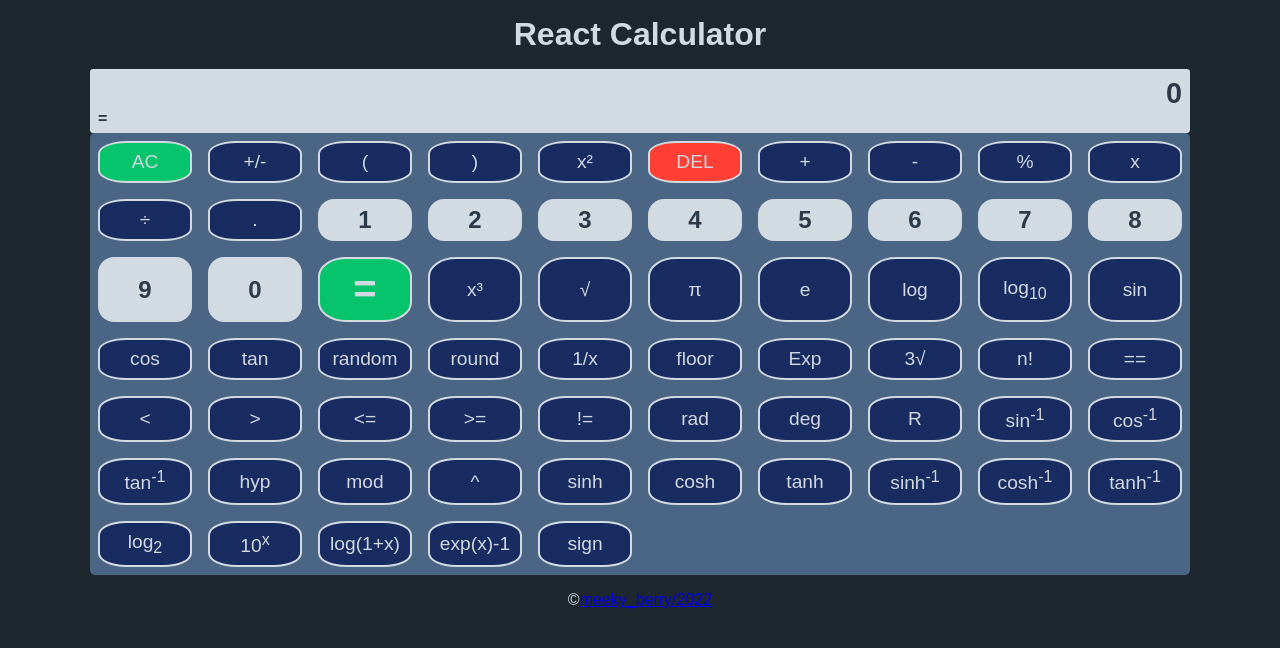
Repository: MikkyPrestige/calculator
Page: /
An editor plug-in stored every save of this project. The page is shown before and after the next save, followed by the edit.
The browser window is 1280 px wide. The pictures show the whole page.
The project was rebuilt for these pictures with package versions that can differ from the ones it lists, and the page was loaded fresh each time.

Above is the page before, as saved 2022-11-17 21:33:09.

### src/index.css
* {
 margin: 0;
 padding: 0;
 box-sizing: border-box;
}

body {
 font-family: 'Poppins', sans-serif;
 background: #1e272e;
}

.heading {
  color: #d2dae2;
  text-align: center;
  margin: 1rem;
}

.app-container {
 width: 100%;
 max-width: 1100px;
 margin: 1rem auto;
}

.display {
 background-color: #d2dae2;
 color: #2C3A47;
 height: 4rem;
 font-size: 1.8rem;
 font-weight: 700;
 display: flex;
 flex-direction: column;
 padding: .5rem;
 border-radius: .2rem;
}

.display-calc {
 display: flex;
 justify-content: flex-end;
 align-items: center;
}

.display-result {
 display: flex;
 justify-content: flex-start;
 align-items: center;
 font-size: 1rem;
 font-weight: 700;
}

.operators {
 display: grid;
 grid-template-columns: repeat(10, 1fr);
 grid-gap: 1rem;
 background-color: #4b6584;
 padding: .5rem;
 border-radius: .3rem;
}

.operator {
 background-color: #182C61;
 color: #d1d8e0;
 font-size: 1.2rem;
 font-weight: 400;
 padding: .5rem;
 border: none;
 cursor: pointer;
 border-radius: 30%;
 border: 2px solid #d2dae2;
}

.operator:hover {
 background-color: #273c75;
}

.operator:active {
 background-color: #485460;
}

.digit {
  font-size: 1.5rem;
  font-weight: 700;
  color: #2C3A47;
  cursor: pointer;
  background-color: #d2dae2;
  border: none;
  border-radius: 1rem;
  text-align: center;
}

.digit:hover {
  background-color: #808e9b;
}

.digit:active {
  background-color: #485460;
}

.clear {
 background-color: #05c46b;
  grid-column: 1 / 2;
  grid-row: 1 / 2;
}

.delete {
 background-color: #ff3f34;
}

.equalTo {
 /* grid-row: 6 / span 2; */
 /* grid-column: 6; */
 background-color: #05c46b;
 font-size: 2.5rem;
 font-weight: 700;
}

.cube {
 /* grid-row: 3; */
}

.sqrt {
 /* grid-row: 4; */
}

.exponent {
 /* grid-row: 5; */
}

.pie {
 /* grid-row: 5; */
}

.log {
 /* grid-row: 3; */
}

.logTen {
 /* grid-row: 4; */
}

.sin {
 /* grid-row: 3; */
}

.tan {
 /* grid-row: 4; */
}

.cos  {
 /* grid-row: 5; */
}

.zero {
 /* grid-row: 6; */
 /* grid-column: 5; */
}

.attribution {
  color: #d2dae2;
  text-align: center;
}

### src/App.js
import React from 'react';
import { useState } from 'react';

function App() {
  // DECLARE A NEW STATE VARIABLE
  const [calc, setCalc] = useState("");
  const [result, setResult] = useState("");

  // OPERATORS VARIABLE IS AN ARRAY OF OPERATORS THAT WILL BE USED TO CHECK IF THE USER IS TRYING TO ENTER AN OPERATOR OR NOT
  const ops = ["+", "-", "*", "/", ".", "<", ">", "<=", ">=", "±", "%", "!="];

  // UPDATE CALC STATE VARIABLE WITH THE VALUE OF THE BUTTON THAT WAS CLICKED
  const updateCalc = value => {
    if (
      (ops.includes(value) && calc === "") || // IF THE VALUE IS AN OPERATOR AND THE CALC STATE VARIABLE IS EMPTY
      (ops.includes(value) && ops.includes(calc.slice(-1))) // IF THE VALUE IS AN OPERATOR AND THE LAST CHARACTER OF THE CALC STATE VARIABLE IS ALSO AN OPERATOR
    ) {
      return;
    }

    setCalc(calc + value);  // UPDATE THE CALC STATE VARIABLE WITH THE VALUE OF THE BUTTON THAT WAS CLICKED

    if (!ops.includes(value)) {  // IF THE VALUE IS NOT AN OPERATOR
      setResult(eval(calc + value).toString());   // EVALUATE THE CALC STATE VARIABLE AND UPDATE THE RESULT STATE VARIABLE
    }
  };

  // CREATE CLEAR FUNCTION
  const clear = () => {
    setCalc("");    // SET CALC STATE VARIABLE TO EMPTY
    setResult("");  // SET RESULT STATE VARIABLE TO EMPTY
  };

  // CREATE DELETE FUNCTION
  const del = () => {
    if (calc === "") {
      return;
    }
    const value = calc.slice(0, -1);  // REMOVE THE LAST CHARACTER OF THE CALC STATE VARIABLE
    setCalc(value);  // UPDATE THE CALC STATE VARIABLE
  };

  // CREATE EVALUATE FUNCTION
  const calculate = () => {
    setCalc(eval(calc).toString());  // EVALUATE THE CALC STATE VARIABLE AND UPDATE THE CALC STATE VARIABLE
    setResult("");  // SET RESULT STATE VARIABLE TO EMPTY
  };

  // CREATE PERCENTAGE FUNCTION
  const percentage = () => {
    if (calc === "") {
      return;
    }
    const value = parseFloat(calc);   // CONVERT THE CALC STATE VARIABLE TO A FLOAT
    if (value === 0) {
      return;
    }
    setCalc((value / 100).toString());  // DIVIDE THE CALC STATE VARIABLE BY 100 AND UPDATE THE CALC STATE VARIABLE
  };

  // CREATE POSITIVE/NEGATIVE FUNCTION
  const posNeg = () => {
    if (calc === "") {
      return;
    }
    const value = parseFloat(calc);
    if (value === 0) {
      return;
    }
    setCalc((value * -1).toString());  // MULTIPLY THE CALC STATE VARIABLE BY -1 AND UPDATE THE CALC STATE VARIABLE
  };

  // CREATE BRACKET FUNCTION
  const bracket = value => {
    if (calc === "" && value === "(" && ")") { // IF THE CALC STATE VARIABLE IS EMPTY AND THE VALUE IS "(" && ")"
      setCalc(calc + value);
      return;
    }
    setCalc(calc + value);  // UPDATE THE CALC STATE VARIABLE WITH THE VALUE OF THE BUTTON THAT WAS CLICKED
  };

  // CREATE SQUARE FUNCTION
  const square = () => {
    if (calc === "") {
      return;
    }
    const value = parseFloat(calc);
    if (value === 0) {
      return;
    }
    setCalc((value * value).toString());  // MULTIPLY THE CALC STATE VARIABLE BY ITSELF AND UPDATE THE CALC STATE VARIABLE
  };

  // CREATE A CUBE FUNCTION
  const cube = () => {
    if (calc === "") {
      return;
    }
    const value = parseFloat(calc);
    if (value === 0) {
      return;
    }
    setCalc((value * value * value).toString());  // MULTIPLY THE CALC STATE VARIABLE BY ITSELF THREE TIMES AND UPDATE THE CALC STATE VARIABLE
  };

  // CREATE SQUARE ROOT FUNCTION
  const squareRoot = () => {
    if (calc === "") {
      return;
    }
    const value = parseFloat(calc);
    if (value === 0) {
      return;
    }
    setCalc(Math.sqrt(value).toString());  // CALCULATE THE SQUARE ROOT OF THE CALC STATE VARIABLE AND UPDATE THE CALC STATE VARIABLE
  };

  // CREATE PI FUNCTION
  const pi = () => {
    if (calc === "") {
      return;
    }
    const value = parseFloat(calc);
    if (value === 0) {
      return;
    }
    setCalc((value * 3.141592653589793).toString());  // MULTIPLY THE CALC STATE VARIABLE BY PI AND UPDATE THE CALC STATE VARIABLE
  };

  // CREATE E FUNCTION
  const e = () => {
    if (calc === "") {
      return;
    }
    const value = parseFloat(calc);
    if (value === 0) {
      return;
    }
    setCalc((value * 2.718281828459045).toString());  // MULTIPLY THE CALC STATE VARIABLE BY E AND UPDATE THE CALC STATE VARIABLE
  };

  // CREATE LOG FUNCTION
  const log = () => {
    if (calc === "") {
      return;
    }
    const value = parseFloat(calc);
    if (value === 0) {
      return;
    }
    setCalc(Math.log(value).toString());  // CALCULATE THE LOGARITHM OF THE CALC STATE VARIABLE AND UPDATE THE CALC STATE VARIABLE
  };

  // CREATE BASE 10 LOG FUNCTION
  const log10 = () => {
    if (calc === "") {
      return;
    }
    const value = parseFloat(calc);
    if (value === 0) {
      return;
    }
    setCalc(Math.log10(value).toString());  // CALCULATE THE BASE 10 LOGARITHM OF THE CALC STATE VARIABLE AND UPDATE THE CALC STATE VARIABLE
  };

  // CREATE BASE 2 LOG FUNCTION
  const log2 = () => {
    if (calc === "") {
      return;
    }
    const value = parseFloat(calc);
    if (value === 0) {
      return;
    }
    setCalc(Math.log2(value).toString());  // CALCULATE THE BASE 2 LOGARITHM OF THE CALC STATE VARIABLE AND UPDATE THE CALC STATE VARIABLE
  };

  // CREATE LOG1P FUNCTION
  const log1p = () => {
    if (calc === "") {
      return;
    }
    const value = parseFloat(calc);
    if (value === 0) {
      return;
    }
    setCalc(Math.log1p(value).toString());  // CALCULATE THE LOGARITHM OF THE CALC STATE VARIABLE PLUS 1 AND UPDATE THE CALC STATE VARIABLE
  };

  // CREATE EXPONENTIAL -1 FUNCTION
  const expm1 = () => {
    if (calc === "") {
      return;
    }
    const value = parseFloat(calc);
    if (value === 0) {
      return;
    }
    setCalc(Math.expm1(value).toString());  // CALCULATE THE EXPONENTIAL OF THE CALC STATE VARIABLE MINUS 1 AND UPDATE THE CALC STATE VARIABLE
  };

  // CREATE SIGN FUNCTION
  const sign = () => {
    if (calc === "") {
      return;
    }
    const value = parseFloat(calc);
    if (value === 0) {
      return;
    }
    setCalc(Math.sign(value).toString());  // CALCULATE THE SIGN OF THE CALC STATE VARIABLE AND UPDATE THE CALC STATE VARIABLE
  };

  // CREATE RAISE TO POWER 10 FUNCTION
  const pow10 = () => {
    if (calc === "") {
      return;
    }
    const value = parseFloat(calc);
    if (value === 0) {
      return;
    }
    setCalc(Math.pow(10, value).toString());  // RAISE 10 TO THE POWER OF THE CALC STATE VARIABLE AND UPDATE THE CALC STATE VARIABLE
  };

  // CREATE SIN FUNCTION
  const sin = () => {
    if (calc === "") {
      return;
    }
    const value = parseFloat(calc);
    if (value === 0) {
      return;
    }
    setCalc(Math.sin(value).toString());  // CALCULATE THE SINE OF THE CALC STATE VARIABLE AND UPDATE THE CALC STATE VARIABLE
  };

  // CREATE COS FUNCTION
  const cos = () => {
    if (calc === "") {
      return;
    }
    const value = parseFloat(calc);
    if (value === 0) {
      return;
    }
    setCalc(Math.cos(value).toString());  // CALCULATE THE COSINE OF THE CALC STATE VARIABLE AND UPDATE THE CALC STATE VARIABLE
  };

  // CREATE TAN FUNCTION
  const tan = () => {
    if (calc === "") {
      return;
    }
    const value = parseFloat(calc);
    if (value === 0) {
      return;
    }
    setCalc(Math.tan(value).toString());  // CALCULATE THE TANGENT OF THE CALC STATE VARIABLE AND UPDATE THE CALC STATE VARIABLE
  };

  // CREATE INVERSE SIN FUNCTION
  const asin = () => {
    if (calc === "") {
      return;
    }
    const value = parseFloat(calc);
    if (value === 0) {
      return;
    }
    setCalc(Math.asin(value).toString());  // CALCULATE THE INVERSE SINE OF THE CALC STATE VARIABLE AND UPDATE THE CALC STATE VARIABLE
  };

  // CREATE INVERSE COS FUNCTION
  const acos = () => {
    if (calc === "") {
      return;
    }
    const value = parseFloat(calc);
    if (value === 0) {
      return;
    }
    setCalc(Math.acos(value).toString());  // CALCULATE THE INVERSE COSINE OF THE CALC STATE VARIABLE AND UPDATE THE CALC STATE VARIABLE
  };

  // CREATE INVERSE TAN FUNCTION
  const atan = () => {
    if (calc === "") {
      return;
    }
    const value = parseFloat(calc);
    if (value === 0) {
      return;
    }
    setCalc(Math.atan(value).toString());  // CALCULATE THE INVERSE TANGENT OF THE CALC STATE VARIABLE AND UPDATE THE CALC STATE VARIABLE
  };

  // CREATE SINH FUNCTION
  const sinh = () => {
    if (calc === "") {
      return;
    }
    const value = parseFloat(calc);
    if (value === 0) {
      return;
    }
    setCalc(Math.sinh(value).toString());  // CALCULATE THE HYPERBOLIC SINE OF THE CALC STATE VARIABLE AND UPDATE THE CALC STATE VARIABLE
  };

  // CREATE COSH FUNCTION
  const cosh = () => {
    if (calc === "") {
      return;
    }
    const value = parseFloat(calc);
    if (value === 0) {
      return;
    }
    setCalc(Math.cosh(value).toString());  // CALCULATE THE HYPERBOLIC COSINE OF THE CALC STATE VARIABLE AND UPDATE THE CALC STATE VARIABLE
  };

  // CREATE TANH FUNCTION
  const tanh = () => {
    if (calc === "") {
      return;
    }
    const value = parseFloat(calc);
    if (value === 0) {
      return;
    }
    setCalc(Math.tanh(value).toString());  // CALCULATE THE HYPERBOLIC TANGENT OF THE CALC STATE VARIABLE AND UPDATE THE CALC STATE VARIABLE
  };

  // CREATE INVERSE SINH FUNCTION
  const asinh = () => {
    if (calc === "") {
      return;
    }
    const value = parseFloat(calc);
    if (value === 0) {
      return;
    }
    setCalc(Math.asinh(value).toString());  // CALCULATE THE INVERSE HYPERBOLIC SINE OF THE CALC STATE VARIABLE AND UPDATE THE CALC STATE VARIABLE
  };

  // CREATE INVERSE COSH FUNCTION
  const acosh = () => {
    if (calc === "") {
      return;
    }
    const value = parseFloat(calc);
    if (value === 0) {
      return;
    }
    setCalc(Math.acosh(value).toString());  // CALCULATE THE INVERSE HYPERBOLIC COSINE OF THE CALC STATE VARIABLE AND UPDATE THE CALC STATE VARIABLE
  };

  // CREATE INVERSE TANH FUNCTION
  const atanh = () => {
    if (calc === "") {
      return;
    }
    const value = parseFloat(calc);
    if (value === 0) {
      return;
    }
    setCalc(Math.atanh(value).toString());  // CALCULATE THE INVERSE HYPERBOLIC TANGENT OF THE CALC STATE VARIABLE AND UPDATE THE CALC STATE VARIABLE
  };

  // CREATE HYPOTENUSE FUNCTION
  const hyp = () => {
    if (calc === "") {
      return;
    }
    const value = parseFloat(calc);
    if (value === 0) {
      return;
    }
    setCalc(Math.hypot(value).toString());  // CALCULATE THE HYPOTENUSE OF THE CALC STATE VARIABLE AND UPDATE THE CALC STATE VARIABLE
  };


  // CREATE RADIAN FUNCTION
  const radian = () => {
    if (calc === "") {
      return;
    }
    const value = parseFloat(calc);
    if (value === 0) {
      return;
    }
    setCalc((value * 0.017453292519943295).toString());  // MULTIPLY THE CALC STATE VARIABLE BY RADIAN AND UPDATE THE CALC STATE VARIABLE
  };

  // CREATE DEGREE FUNCTION
  const degree = () => {
    if (calc === "") {
      return;
    }
    const value = parseFloat(calc);
    if (value === 0) {
      return;
    }
    setCalc((value * 57.29577951308232).toString());  // MULTIPLY THE CALC STATE VARIABLE BY DEGREE AND UPDATE THE CALC STATE VARIABLE
  };

  // CREATE RADIUS FUNCTION
  const radius = () => {
    if (calc === "") {
      return;
    }
    const value = parseFloat(calc);
    if (value === 0) {
      return;
    }
    setCalc((value * 0.5).toString());  // MULTIPLY THE CALC STATE VARIABLE BY RADIUS AND UPDATE THE CALC STATE VARIABLE
  };

  // CREATE RECIPROCAL/INVERSE FUNCTION
  const reciprocal = () => {
    if (calc === "") {
      return;
    }
    const value = parseFloat(calc);
    if (value === 0) {
      return;
    }
    setCalc((1 / value).toString());  // DIVIDE 1 BY THE CALC STATE VARIABLE AND UPDATE THE CALC STATE VARIABLE
  };

  // CREATE RANDOM FUNCTION
  const random = () => {
    if (calc === "") {
      return;
    }
    const value = parseFloat(calc);
    if (value === 0) {
      return;
    }
    setCalc(Math.random(value).toString());  // RANDOMLY GENERATE A NUMBER AND UPDATE THE CALC STATE VARIABLE
  };

  // CREATE ROUND FUNCTION
  const round = () => {
    if (calc === "") {
      return;
    }
    const value = parseFloat(calc);
    if (value === 0) {
      return;
    }
    setCalc(Math.round(value).toString());  // ROUND THE CALC STATE VARIABLE AND UPDATE THE CALC STATE VARIABLE
  };

  // CREATE FLOOR FUNCTION
  const floor = () => {
    if (calc === "") {
      return;
    }
    const value = parseFloat(calc);
    if (value === 0) {
      return;
    }
    setCalc(Math.floor(value).toString());  // FLOOR OF THE CALC STATE VARIABLE AND UPDATE THE CALC STATE VARIABLE
  };

  // CREATE EXPONENTIAL FUNCTION
  const exponential = () => {
    if (calc === "") {
      return;
    }
    const value = parseFloat(calc);
    if (value === 0) {
      return;
    }
    setCalc(Math.exp(value).toString());  // EXPONENTIAL OF THE CALC STATE VARIABLE AND UPDATE THE CALC STATE VARIABLE
  };

  // CREATE CUBE ROOT FUNCTION
  const cubeRoot = () => {
    if (calc === "") {
      return;
    }
    const value = parseFloat(calc);
    if (value === 0) {
      return;
    }
    setCalc(Math.cbrt(value).toString());  // CUBE ROOT OF THE CALC STATE VARIABLE AND UPDATE THE CALC STATE VARIABLE
  };

  // CREATE FACTORIAL FUNCTION
  const factorial = () => {
    if (calc === "") {
      return;
    }
    const value = parseFloat(calc);
    if (value === 0) {
      return;
    }
    setCalc(factorialize(value).toString());  // FACTORIAL OF THE CALC STATE VARIABLE AND UPDATE THE CALC STATE VARIABLE
  };

  // CREATE FACTORIAL FUNCTION
  const factorialize = (num) => {
    if (num < 0) {
      return -1;
    } else if (num === 0) {
      return 1;
    } else {
      return num * factorialize(num - 1);
    }
  };

  // CREATE DIGITS FUNCTION
  const createDigits = () => {
    const digits = []; // CREATE DIGITS ARRAY
    for (let i = 1; i < 10; i++) { // LOOP THROUGH DIGITS 1-9
      digits.push(i); // PUSH NUMBERS 1-9 TO DIGITS ARRAY
    }
    return digits;
  };

  //RETURN THE CALCULATOR SCREEN AND BUTTONS
  return (
    <div className='app'>
      <header>
        <h1 className='heading'>React Calculator</h1>
      </header>
      <div className='app-container'>
        <div className='display'>
          <div className='display-calc'>
            {calc || "0"}  {/* DISPLAY CALC STATE VARIABLE OR 0 */}
          </div>
          <div className='display-result'>
            = {result}  {/* DISPLAY RESULT STATE VARIABLE */}
          </div>
        </div>
        <div className='operators'>
          <button onClick={clear} className='operator clear'>AC</button>
          <button onClick={posNeg} className='operator'>+/-</button>
          <button onClick={() => bracket('(')} className='operator'>(</button>
          <button onClick={() => bracket(')')} className='operator'>)</button>
          <button onClick={square} className='operator'>x²</button>
          <button onClick={del} className='operator delete'>DEL</button>
          <button onClick={() => updateCalc('+')} className='operator'>+</button>
          <button onClick={() => updateCalc('-')} className='operator'>-</button>
          <button onClick={percentage} className='operator'>%</button>
          <button onClick={() => updateCalc('*')} className='operator'>x</button>
          <button onClick={() => updateCalc('/')} className='operator'>÷</button>
          <button onClick={() => updateCalc('.')} className='operator'>.</button>
          {createDigits().map((digit) => (
            <button onClick={() => updateCalc(digit.toString())} className='digit' key={digit}>{digit}</button> // CREATE DIGITS BUTTONS AND MAP THROUGH DIGITS ARRAY TO DISPLAY DIGITS 1-9 ON BUTTONS
          ))}
          <button onClick={() => updateCalc('0')} className='zero digit'>0</button>
          <button onClick={calculate} className='operator equalTo'>=</button>
          <button onClick={cube} className='operator cube'>x³</button>
          <button onClick={squareRoot} className='operator sqrt'>√</button>
          <button onClick={pi} className='operator pie'>π</button>
          <button onClick={e} className='operator exponent'>e</button>
          <button onClick={log} className='operator log'>log</button>
          <button onClick={log10} className='operator logTen'>log<sub>10</sub></button>
          <button onClick={sin} className='operator sin'>sin</button>
          <button onClick={cos} className='operator cos'>cos</button>
          <button onClick={tan} className='operator tan'>tan</button>
          <button onClick={random} className='operator'>random</button>
          <button onClick={round} className='operator'>round</button>
          <button onClick={reciprocal} className='operator'>1/x</button>
          <button onClick={floor} className='operator'>floor</button>
          <button onClick={exponential} className='operator'>Exp</button>
          <button onClick={cubeRoot} className='operator'>3√</button>
          <button onClick={factorial} className='operator'>n!</button>
          <button onClick={() => updateCalc('==')} className='operator'>==</button>
          <button onClick={() => updateCalc('<')} className='operator'>{'<'}</button>
          <button onClick={() => updateCalc('>')} className='operator'>{'>'}</button>
          <button onClick={() => updateCalc('<=')} className='operator'>{'<='}</button>
          <button onClick={() => updateCalc('>=')} className='operator'>{'>='}</button>
          <button onClick={() => updateCalc('!=')} className='operator'>{'!='}</button>
          <button onClick={radian} className='operator'>rad</button>
          <button onClick={degree} className='operator'>deg</button>
          <button onClick={radius} className='operator'>R</button>
          <button onClick={asin} className='operator'>sin<sup>-1</sup></button>
          <button onClick={acos} className='operator'>cos<sup>-1</sup></button>
          <button onClick={atan} className='operator'>tan<sup>-1</sup></button>
          <button onClick={hyp} className='operator'>hyp</button>
          <button onClick={() => updateCalc('%')} className='operator'>mod</button>
          <button onClick={() => updateCalc('**')} className='operator'>^</button>
          <button onClick={sinh} className='operator'>sinh</button>
          <button onClick={cosh} className='operator'>cosh</button>
          <button onClick={tanh} className='operator'>tanh</button>
          <button onClick={asinh} className='operator'>sinh<sup>-1</sup></button>
          <button onClick={acosh} className='operator'>cosh<sup>-1</sup></button>
          <button onClick={atanh} className='operator'>tanh<sup>-1</sup></button>
          <button onClick={log2} className='operator'>log<sub>2</sub></button>
          <button onClick={pow10} className='operator'>10<sup>x</sup></button>
          <button onClick={log1p} className='operator'>log(1+x)</button>
          <button onClick={expm1} className='operator'>exp(x)-1</button>
          <button onClick={sign} className='operator'>sign</button>
        </div>
      </div>
      <footer className='attribution'>&copy;<a meeky_berry href="https://github.com/MeekyBerry" target="_blank" rel="noreferrer">meeky_berry/2022</a></footer>
    </div>
  );
}

// EXPORT APP
export default App;

Loaded but not shown: public/index.html (common file); src/index.js (common file)

After the next save:
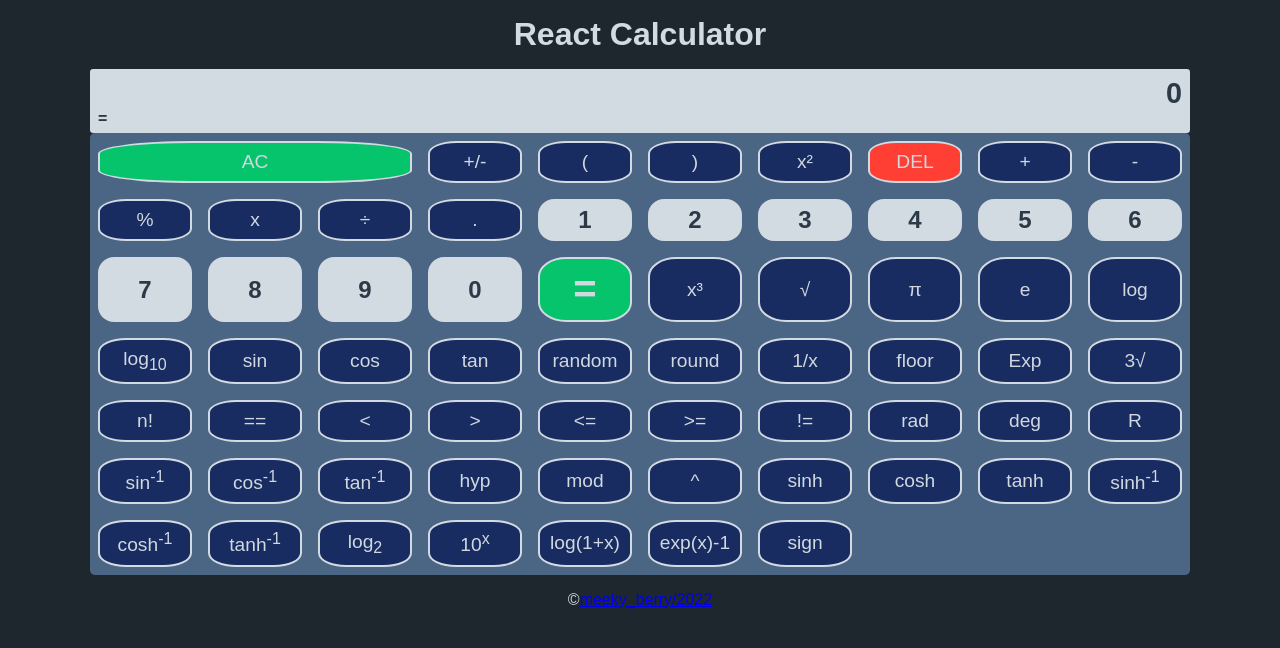
Saved 16 s later.
--- a/src/index.css
+++ b/src/index.css
@@ -97,7 +97,7 @@ body {
 
 .clear {
  background-color: #05c46b;
-  grid-column: 1 / 2;
+  grid-column: 1 / 4;
   grid-row: 1 / 2;
 }
 
